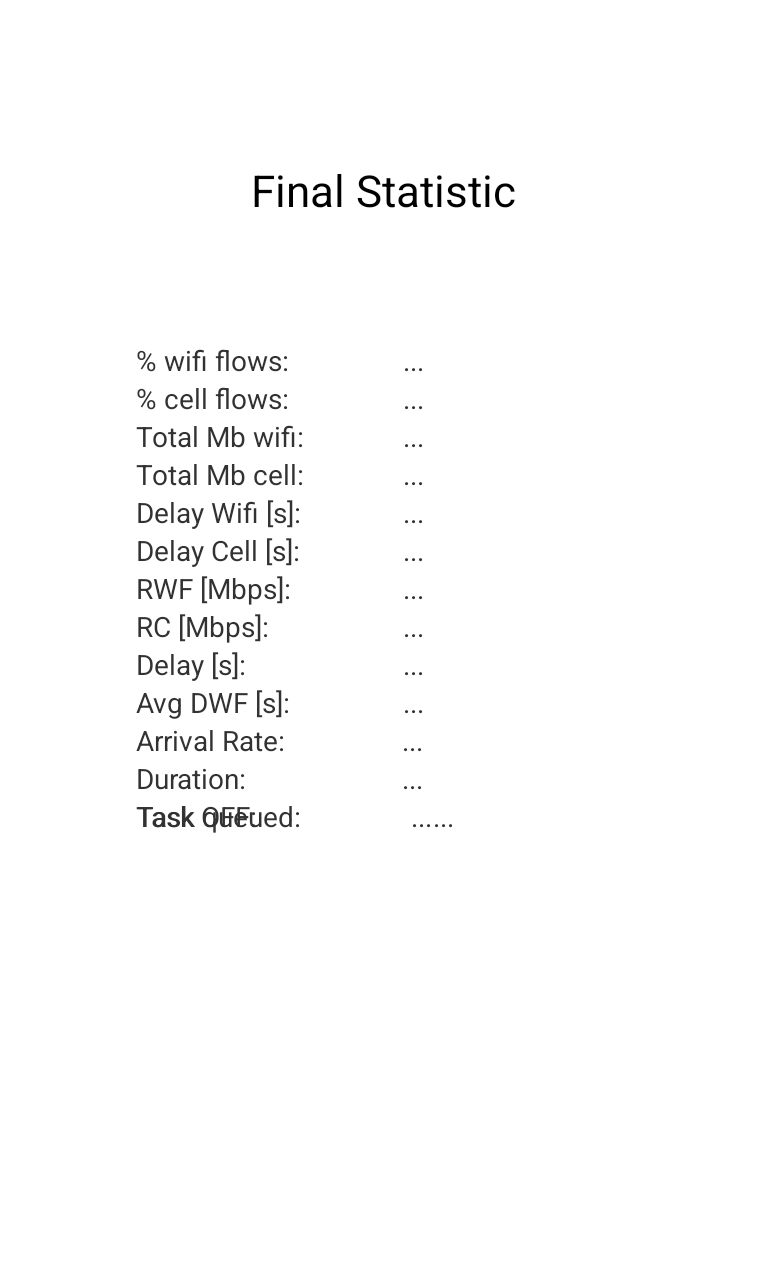
Repository: nncsang/Java-DynamicOffloading
Layout: Wifi3GProject/Wifi3GProject/res/layout/final_stat.xml
The author's editor kept a copy of each file at every save. The layout is drawn from the files as they stood at one save, then again after the next save.
It is drawn on a 768 x 1280 px phone screen (xhdpi) without system bars, with theme AppTheme; the app's code is not run.

Above is the layout before, as saved 2016-01-13 10:29:07.

After the next save:
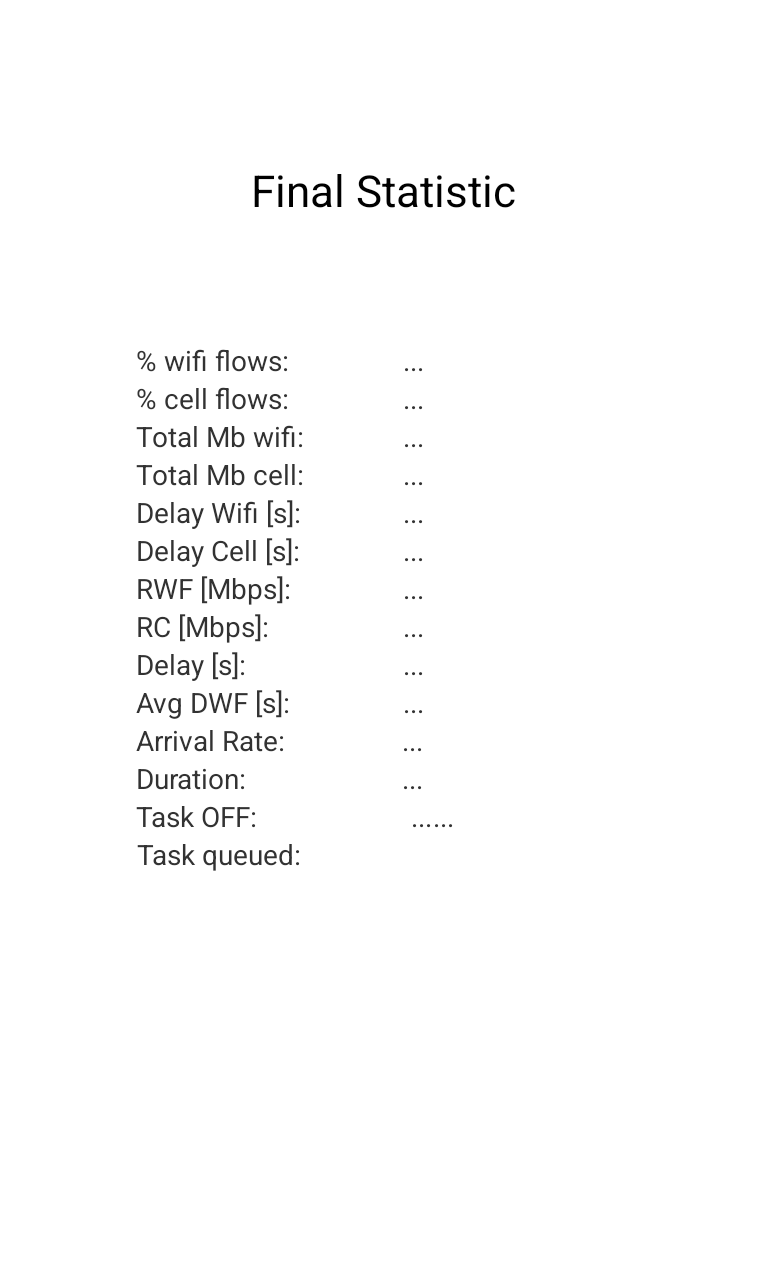
Saved 15 s later.
--- a/Wifi3GProject/Wifi3GProject/res/layout/final_stat.xml
+++ b/Wifi3GProject/Wifi3GProject/res/layout/final_stat.xml
@@ -266,7 +266,7 @@
         android:id="@+id/task_queue"
         android:layout_width="wrap_content"
         android:layout_height="wrap_content"
-        android:layout_below="@+id/duration"
+        android:layout_below="@+id/task_comming"
         android:layout_marginLeft="68dp"
         android:gravity="center"
         android:text="Task queued: " />
